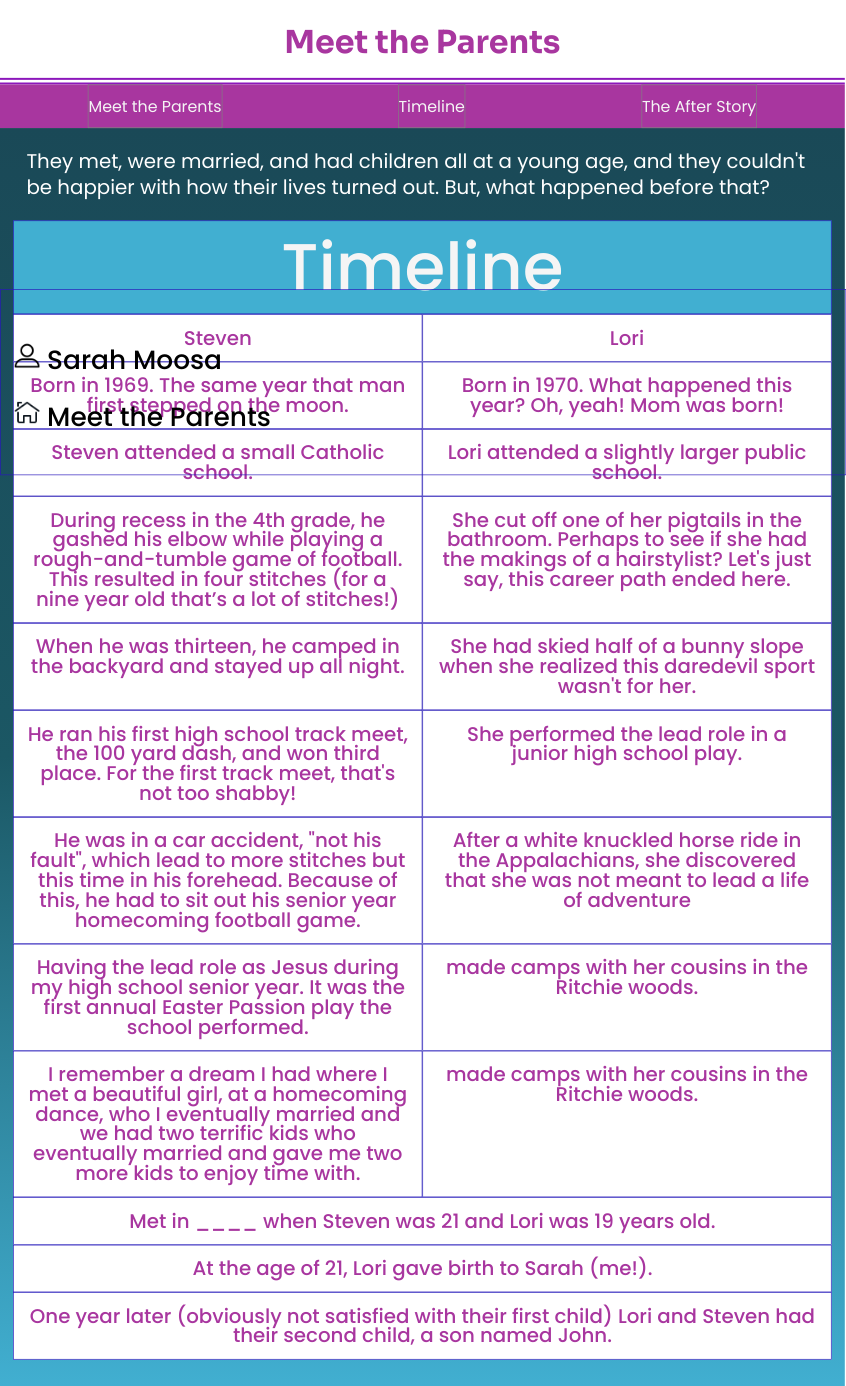
Repository: Sbethm/parents-tribute
Page: timeline.html
The author's editor kept a copy of each file at every save. The page is drawn from the files as they stood at one save, then again after the next save.
The browser window is 1280 px wide. The page is 1282 px wide, so the pictures cover 1282 px, including what lies to the right of the window. The pictures show the whole page, at 66% of full size.

Above is the page before, as saved 2021-02-11 17:20:50.

### timeline.html
<!DOCTYPE html>
<html>
    <head>
      <meta charset="UTF-8">
      <title>Meet the Parents</title>
      <meta name="description" content="A choose your own story adventure game">
      <meta name="viewport" content="width=device-width, initial-scale=1.0">
      <link rel="preconnect" href="https://fonts.gstatic.com">
      <link href="https://fonts.googleapis.com/css2?family=Poppins:ital,wght@0,400;0,500;0,600;0,700;0,800;0,900;1,400;1,500;1,600;1,700;1,800;1,900&family=Sora:wght@400;500;600;700;800&display=swap" rel="stylesheet"> <!--
        This is used for headings:
        font-family: 'Sora', sans-serif;
        This is used for content:
        font-family: 'Poppins', sans-serif;-->
      <link href="style.css" type="text/css" rel="stylesheet">
    </head>

    <body>

      <header>
        <h1>Meet the Parents</h1>
        <nav class="navigation">
          <a href="index.html">Meet the Parents</a>
          <a href="timeline.html">Timeline</a>
          <a href="aftermarriage.html">The After Story</a>
          </nav>
      </header>
      <main>
        <section>
            <p>They met, were married, and had children all at a young age, and they couldn't be happier with how their lives turned out. But, what happened before that?</p>
        </section>
        <div class="grid">
            <div class="grid-box tl">Timeline</div>
            <div class="grid-box dad">Steven</div>
            <div class="grid-box mom">Lori</div>
            <!---------Dad's Grid Boxes---------->
            <div class="grid-box f-1">Born in 1969. The same year that man  first stepped on the moon.</div>
            <div class="grid-box f-2">Steven attended a small Catholic school.</div>
            <div class="grid-box f-3">During recess in the 4th grade, he gashed his elbow while playing a rough-and-tumble game of football. This resulted in four stitches (for a nine year old that’s a lot of stitches!)</div>
            <div class="grid-box f-4">When he was thirteen, he camped in the backyard and stayed up all night.</div>
            <div class="grid-box f-5">He ran his first high school track meet, the 100 yard dash, and won third place. For the first track meet, that's not too shabby!</div>
            <div class="grid-box f-6">He was in a car accident, "not his fault", which lead to more stitches but this time in his forehead. Because of this, he had to sit out his senior year homecoming football game.</div>
            <div class="grid-box f-7">Having the lead role as Jesus during my high school senior year. It was the first annual Easter Passion play the school performed.</div>
            <div class="grid-box f-8">I remember a dream I had where I met a beautiful girl, at a homecoming dance, who I eventually married and we had two terrific kids who eventually married and gave me two more kids to enjoy time with.</div>
            <!---------Mom's Grid Boxes---------->
            <div class="grid-box m-1">Born in 1970. What happened this year? Oh, yeah! Mom was born!</div>
            <div class="grid-box m-2">Lori attended a slightly larger public school.</div>
            <div class="grid-box m-3">She cut off one of her pigtails in the bathroom. Perhaps to see if she had the makings of a hairstylist? Let's just say, this career path ended here.</div>
            <div class="grid-box m-4">She had skied half of a bunny slope when she realized this daredevil sport wasn't for her.</div>
            <div class="grid-box m-5">She performed the lead role in a junior high school play.</div>
            <div class="grid-box m-6">After a white knuckled horse ride in the Appalachians, she discovered that she was not meant to lead a life of adventure</div>
            <div class="grid-box m-7">made camps with her cousins in the Ritchie woods.</div>
            <div class="grid-box m-8">made camps with her cousins in the Ritchie woods.</div>
            <!--------After They Met Boxes------->
            <div class="grid-box fm-1">Met in ____ when Steven was 21 and Lori was 19 years old.</div>
            <div class="grid-box fm-2">At the age of 21, Lori gave birth to Sarah (me!).</div>
            <div class="grid-box fm-3">One year later (obviously not satisfied with their first child) Lori and Steven had their second child, a son named John.</div>
        </div>
      </main>
      <footer>
        <img class="icon" src="img/profile_icon.png" alt="profile icon">
        Sarah Moosa
        <br><br>
        <img class="icon" src="img/home_icon.png" alt="home icon">
        Meet the Parents
      </footer>
    </body>

</html>

### style.css
/*
html5doctor.com Reset Stylesheet
v1.6.1
Last Updated: 2010-09-17
Author: Richard Clark - http://richclarkdesign.com
Twitter: @rich_clark
*/

html, body, div, span, object, iframe,
h1, h2, h3, h4, h5, h6, p, blockquote, pre,
abbr, address, cite, code,
del, dfn, em, img, ins, kbd, q, samp,
small, strong, sub, sup, var,
b, i,
dl, dt, dd, ol, ul, li,
fieldset, form, label, legend,
table, caption, tbody, tfoot, thead, tr, th, td,
article, aside, canvas, details, figcaption, figure,
footer, header, hgroup, menu, nav, section, summary,
time, mark, audio, video {
    margin:0;
    padding:0;
    border:0;
    outline:0;
    font-size:100%;
    vertical-align:baseline;
    background:transparent;
}

body {
    line-height:1;
}

article,aside,details,figcaption,figure,
footer,header,hgroup,menu,nav,section {
    display:block;
}

nav ul {
    list-style:none;
}

blockquote, q {
    quotes:none;
}

blockquote:before, blockquote:after,
q:before, q:after {
    content:'';
    content:none;
}

a {
    margin:0;
    padding:0;
    font-size:100%;
    vertical-align:baseline;
    background:transparent;
}

/* change colours to suit your needs */
ins {
    background-color:#ff9;
    color:#000;
    text-decoration:none;
}

/* change colours to suit your needs */
mark {
    background-color:#ff9;
    color:#000;
    font-style:italic;
    font-weight:bold;
}

del {
    text-decoration: line-through;
}

abbr[title], dfn[title] {
    border-bottom:1px dotted;
    cursor:help;
}

table {
    border-collapse:collapse;
    border-spacing:0;
}

/* change border colour to suit your needs */
hr {
    display:block;
    height:1px;
    border:0;
    border-top:1px solid #cccccc;
    margin:1em 0;
    padding:0;
}

input, select {
    vertical-align:middle;
}

/* MY CODE BELOW */

body {
    width: 100vw;
}

main {
    width: calc(100vw - 40px);
    height: calc(100vh - px);
    padding: 20px 20px;
    background-color: rgb(255, 255, 255);
}

header {
    width: 100vw;
    padding-top: 40px;
    color: rgb(168, 54, 159);
    background-color: rgb(255, 255, 255);
    display: flex;
    flex-direction: column;
    justify-content: center;
}

h1 {
    width: 100%;
    font-family: 'Sora', sans-serif;
    font-size: 3em;
    font-weight: 700;
    text-align: center;
    border-bottom: double 10px rgb(140, 23, 187);
    padding-bottom: 30px;
}

.navigation {
    width: 100%;
    background-color: rgb(168, 54, 159);
    text-align: center;
    display: flex;
    flex-direction: row;
    justify-content: space-around;
}

a {
    padding: 20px 0;
    background-color: rgb(168, 54, 159);
    font-family: 'Poppins', sans-serif;
    font-size: 1em;
    color: whitesmoke;
    text-decoration: none;
    border: solid 1px grey;
}

a:hover {
    background-color: wheat;
}

section {
    width: 100%;
    background-color: rgb(65, 175, 209);
    border: solid 1px rgb(40, 23, 187);
}

h2 {
    max-width: 100%;
    padding: 10px 20px;
    font-family: 'Sora', sans-serif;
    font-size: 1.5em;
    font-weight: 600;
    color: rgb(168, 54, 159);
}

.disney-adventure__img,
.img-sitting {
    max-width: 100%;
    height: auto;
    justify-content: center;
    align-content: center;
    border-top: solid 3px whitesmoke;
    border-bottom: solid 3px whitesmoke;
}

p {
    padding: 10px 20px;
    font-family: 'Poppins', sans-serif;
    font-size: 1em;
    line-height: 20px;
    color: rgb(255, 255, 255);
}

.grid {
    display: grid;
    margin: 20px 0;
    grid-template-columns: 1fr 1fr;
    grid-template-rows: repeat(13, fit-content);
    grid-template-areas:
        "tl tl"
        "dad mom"
        "f-1 m-1"
        "f-2 m-2"
        "f-3 m-3"
        "f-4 m-4"
        "f-5 m-5"
        "f-6 m-6"
        "f-7 m-7"
        "f-8 m-8"
        "fm-1 fm-1"
        "fm-2 fm-2"
        "fm-3 fm-3";
}

.grid-box {
    border: solid 1px rgb(40, 23, 187);
    background-color: rgb(255, 255, 255);
    padding: 5px;
    color: rgb(168, 54, 159);
    text-align: center;
    font-family: 'Poppins', sans-serif;
    font-weight: 500;
    font-size: 1em;
}

.tl {
    grid-area: tl;
    font-size: 1.5em;
    font-weight: 500;
    color: whitesmoke;
    background-color: rgb(65, 175, 209);
}
.dad {
    grid-area: dad;
}

.mom {
    grid-area: mom;
}

.f-1 {
    grid-area: f-1;
}

.f-2 {
    grid-area: f-2;

}

.f-3 {
    grid-area: f-3;

}

.f-4 {
    grid-area: f-4;

}

.f-5 {
    grid-area: f-5;

}

.f-6 {
    grid-area: f-6;

}

.f-7 {
    grid-area: f-7;

}

.f-8 {
    grid-area: f-8;

}

.m-1 {
    grid-area: m-1;
}

.m-2 {
    grid-area: m-2;
}

.m-3 {
    grid-area: m-3;
}

.m-4 {
    grid-area: m-4;
}

.m-5 {
    grid-area: m-5;
}

.m-6 {
    grid-area: m-6;
}

.m-7 {
    grid-area: m-7;
}

.m-8 {
    grid-area: m-8;
}

.fm-1 {
    grid-area: fm-1;
}

.fm-2 {
    grid-area: fm-2;
}

.fm-3 {
    grid-area: fm-3;
}

footer {
    width: calc(100vw - 40px);
    height: 100px;
    padding: 40px 20px 0 20px;
    position: absolute;
    bottom: 0;
    font-family: 'Poppins', sans-serif;
    font-size: 1em;
    font-weight: 500;
    border: solid 1px rgb(40, 23, 187);
}

.icon {
    width: 20px;
    height: auto;
}


@media screen and (min-width: 700px) and (max-width: 1500px) {

    main {
        background-image: linear-gradient(180deg, rgb(26, 73, 87), rgb(27, 87, 100), rgb(65, 175, 209));
    }

    a {
        font-size: 1.5em;
    }
    p {
        padding: 0;
        font-family: 'Poppins', sans-serif;
        font-size: 0.25em;
        line-height: 20px;
        color: rgb(255, 255, 255);
    }

    section {
        width: 100%;
        background-color: rgb(40, 23, 187, 0);
        border: none;
    }

    .section__intro {
        display: grid;
        grid-template-columns: 50% 50%;
        grid-template-rows: 100px 400px;
        grid-template-areas:
            "title p1"
            "picture p2";
    }

    section h2 {
        grid-area: title;
        align-self: center;
        justify-self: center;
    }

    h2 {
        font-size: 2.5em;
        color: rgb(243, 101, 231);
    }

    .img-sitting {
        max-height: 360px;
        margin-bottom: 20px;
        border: double 3px whitesmoke;
        grid-area: picture;
        justify-self: center;
        align-self: center;
    }

    .p1 {
        align-self: flex-start;
        grid-area: p2;
        font-size: 1.5em;
        padding-left: 40px;
    }

    .p2 {
        align-self: flex-end;
        grid-area: p2;
        font-size: 1.5em;
        padding-left: 40px;
        padding-bottom: 30px;
    }

    p {
        padding: 10px 20px;
        font-family: 'Poppins', sans-serif;
        font-size: 30px;
        line-height: 40px;
        color: rgb(255, 255, 255);
    }

    .grid {
        display: grid;
        margin: 20px 0;
        grid-template-columns: 1fr 1fr;
        grid-template-rows: repeat(13, fit-content);
        grid-template-areas:
            "tl tl"
            "dad mom"
            "f-1 m-1"
            "f-2 m-2"
            "f-3 m-3"
            "f-4 m-4"
            "f-5 m-5"
            "f-6 m-6"
            "f-7 m-7"
            "f-8 m-8"
            "fm-1 fm-1"
            "fm-2 fm-2"
            "fm-3 fm-3";
    }

    .grid-box {
        border: solid 1px rgb(40, 23, 187);
        background-color: rgb(255, 255, 255);
        padding: 20px;
        color: rgb(168, 54, 159);
        text-align: center;
        font-family: 'Poppins', sans-serif;
        font-weight: 500;
        font-size: 30px;
    }

    .tl {
        grid-area: tl;
        font-size: 100px;
        font-weight: 500;
        color: whitesmoke;
        background-color: rgb(65, 175, 209);
    }
    .dad {
        grid-area: dad;
    }

    .mom {
        grid-area: mom;
    }

    .f-1 {
        grid-area: f-1;
    }

    .f-2 {
        grid-area: f-2;

    }

    .f-3 {
        grid-area: f-3;

    }

    .f-4 {
        grid-area: f-4;

    }

    .f-5 {
        grid-area: f-5;

    }

    .f-6 {
        grid-area: f-6;

    }

    .f-7 {
        grid-area: f-7;

    }

    .f-8 {
        grid-area: f-8;

    }

    .m-1 {
        grid-area: m-1;
    }

    .m-2 {
        grid-area: m-2;
    }

    .m-3 {
        grid-area: m-3;
    }

    .m-4 {
        grid-area: m-4;
    }

    .m-5 {
        grid-area: m-5;
    }

    .m-6 {
        grid-area: m-6;
    }

    .m-7 {
        grid-area: m-7;
    }

    .m-8 {
        grid-area: m-8;
    }

    .fm-1 {
        grid-area: fm-1;
    }

    .fm-2 {
        grid-area: fm-2;
    }

    .fm-3 {
        grid-area: fm-3;
    }

    footer {
        width: calc(100vw - 40px);
        height: 200px;
        padding: 80px 20px 0 20px;
        font-family: 'Poppins', sans-serif;
        font-size: 40px;
        font-weight: 500;
        border: solid 1px rgb(40, 23, 187);
    }

    .icon {
        width: 40px;
        height: auto;
    }
}

/*@media only screen and (min-width: 900px) {
}*/

After the next save:
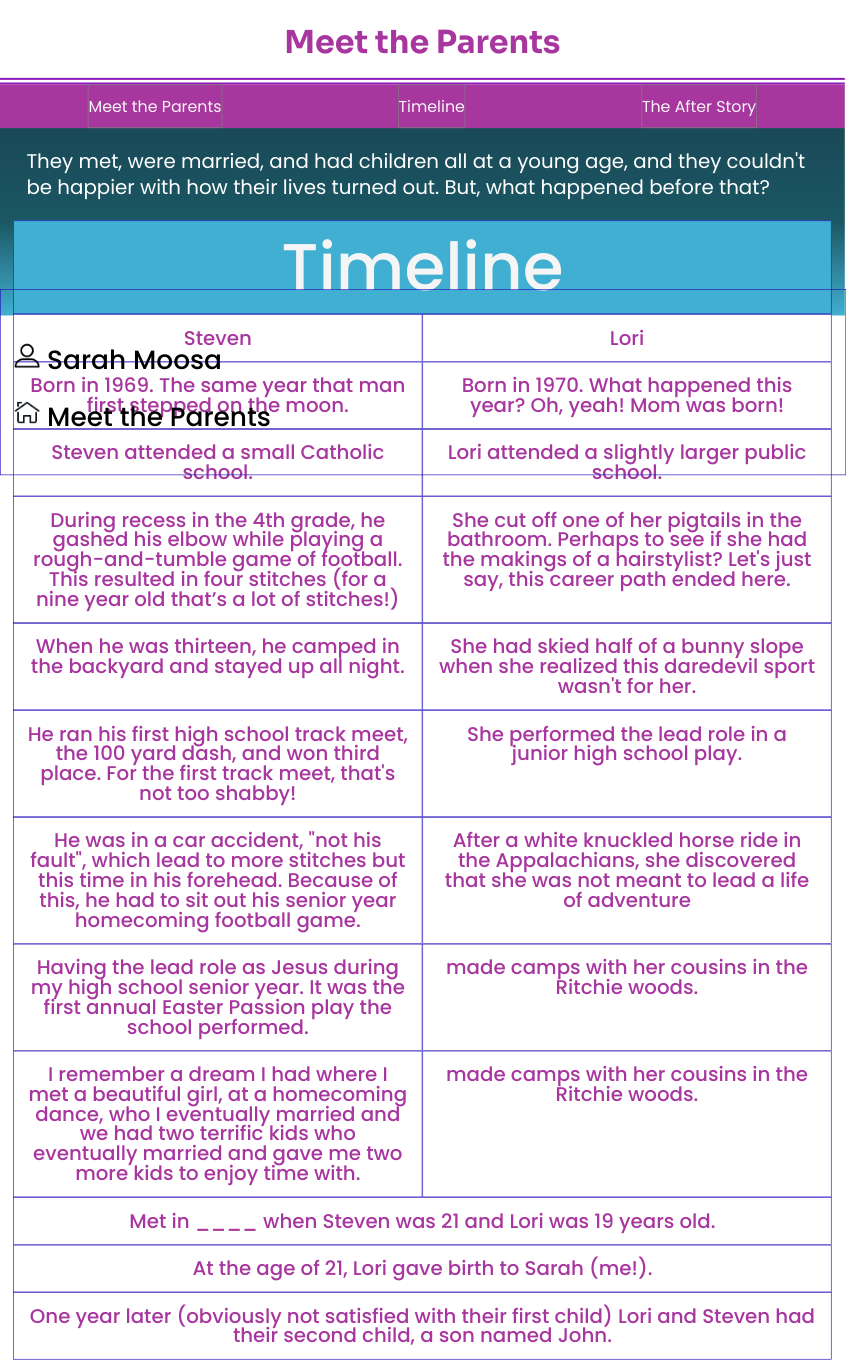
Saved 4 s later.
--- a/style.css
+++ b/style.css
@@ -109,7 +109,7 @@
 
 main {
     width: calc(100vw - 40px);
-    height: calc(100vh - px);
+    height: calc(100vh - 476px);
     padding: 20px 20px;
     background-color: rgb(255, 255, 255);
 }

After the 2 saves that followed:
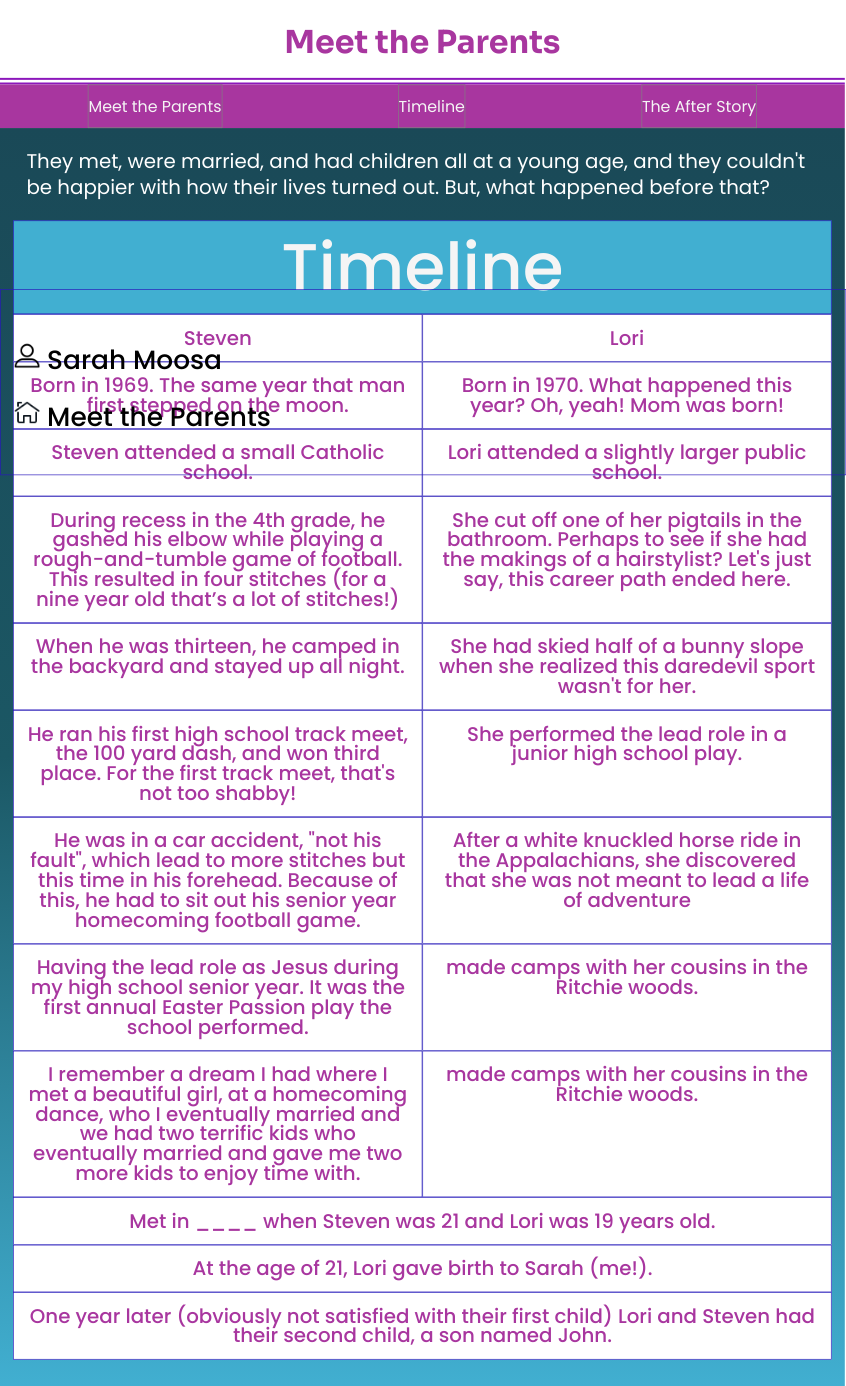
The 2 saves are shown as one change because they came seconds apart.
The last was saved 82 s later.
--- a/style.css
+++ b/style.css
@@ -109,7 +109,7 @@
 
 main {
     width: calc(100vw - 40px);
-    height: calc(100vh - 476px);
+    height: 100%;
     padding: 20px 20px;
     background-color: rgb(255, 255, 255);
 }
